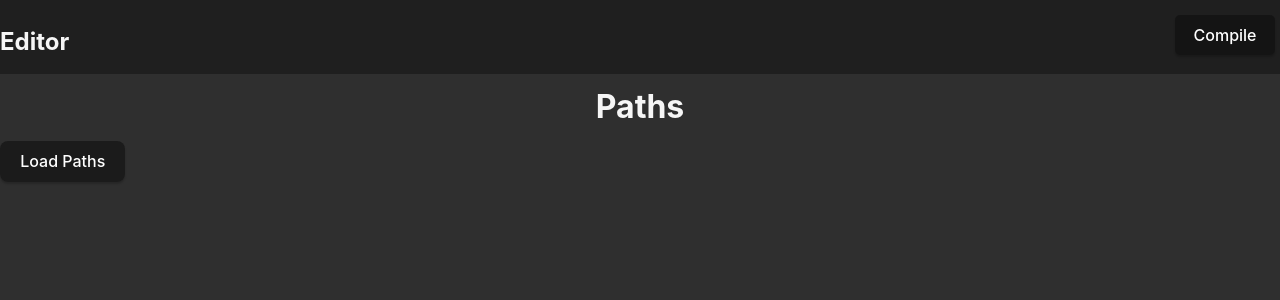
Repository: toasted226/visual-scripting-js
Page: /
An editor plug-in stored every save of this project. The page is shown before and after the next save, followed by the edit.
The browser window is 1280 px wide. The pictures show the whole page.
The project was rebuilt for these pictures with package versions that can differ from the ones it lists, and the page was loaded fresh each time. Also part of the build but not shown: vite.config.ts.

Above is the page before, as saved 2023-06-12 19:05:32.

### index.html
<!DOCTYPE html>
<html lang="en">
  <head>
    <meta charset="UTF-8" />
    <link rel="icon" type="image/svg+xml" href="/vite.svg" />
    <meta name="viewport" content="width=device-width, initial-scale=1.0" />
    <title>Visual Scripting for JavaScript</title>
  </head>

  <body>
    <div id="root"></div>
    <script type="module" src="/src/main.tsx"></script>
  </body>
</html>

### src/App.tsx
import { invoke } from "@tauri-apps/api/tauri";
import { useState } from "react";
import "./App.css";
import Navbar from "./Navbar";

function App() {
    const [paths, setPaths] = useState<string[]>([]);

    // Do not run this function every rendering frame, will freeze the app!
    function load_paths() {
        invoke("enumerate_files", { dir: "C:/Users/keaga/OneDrive/Documents" })
            .then((res) => {
                setPaths(res as string[]);
            })
            .catch((err) => {
                console.error(err);
            });
    }

    return (
        <div className="container">
            <Navbar />
            <div className="content">
                <h1>Paths</h1>
                {/* TODO: We need to have some sort of native menu option to select a directory */}
                <button onClick={load_paths}>Load Paths</button>
                {paths.map((path) => {
                    return <p>{path}</p>
                })}
            </div>
        </div>
    );
}

export default App;

### src/styles.css
:root {
    --dark: #2f2f2f;
    --light: #f6f6f6;

    font-family: Inter, Avenir, Helvetica, Arial, sans-serif;
    font-size: 16px;
    line-height: 24px;
    font-weight: 400;

    color: #f6f6f6;
    background-color: #2f2f2f;

    font-synthesis: none;
    text-rendering: optimizeLegibility;
    -webkit-font-smoothing: antialiased;
    -moz-osx-font-smoothing: grayscale;
    -webkit-text-size-adjust: 100%;
}

/* width */
::-webkit-scrollbar {
    width: 10px;
}

/* Track */
::-webkit-scrollbar-track {
    background: #1f1f1f;
}

/* Handle */
::-webkit-scrollbar-thumb {
    background: #3f3f3f;
}

/* Handle on hover */
::-webkit-scrollbar-thumb:hover {
    background: #555;
}

.row {
    display: flex;
    justify-content: center;
}

a {
    font-weight: 500;
    color: #646cff;
    text-decoration: inherit;
}

a:hover {
    color: #535bf2;
}

h1 {
    text-align: center;
}

input,
button {
    border-radius: 8px;
    border: 1px solid transparent;
    padding: 0.6em 1.2em;
    font-size: 1em;
    font-weight: 500;
    font-family: inherit;
    transition: border-color 0.25s;
    box-shadow: 0 2px 2px rgba(0, 0, 0, 0.2);
    outline: none;
    color: #ffffff;
    background-color: #0f0f0f98;
}

button {
    cursor: pointer;
}

button:hover {
    border-color: #ffffff;
}

button:active {
    background-color: #0f0f0f69;
}

### src/Navbar.tsx
import { invoke } from "@tauri-apps/api/tauri";
import "./Navbar.css";

function Navbar() {
    return (
        <nav className="navbar">
            <h1>Editor</h1>
            <button className="compile-btn">Compile</button>
        </nav>
    );
}

export default Navbar;

### src/Navbar.css
.navbar {
    background-color: #1f1f1f;
    margin: 0;
    padding: 10px 0 0 0;
    display: flex;
    justify-content: space-between;
}

.compile-btn {
    color: white;
    border-radius: 5px;
    padding: 5px;
    margin: 5px;
    width: 100px;
    height: 40px;
}

.compile-btn:hover {
    background-color: #1f1f1f;
    border: 1px solid white;
}

Loaded but not shown: src/main.tsx (common file); src/App.css (common file)

After the next save:
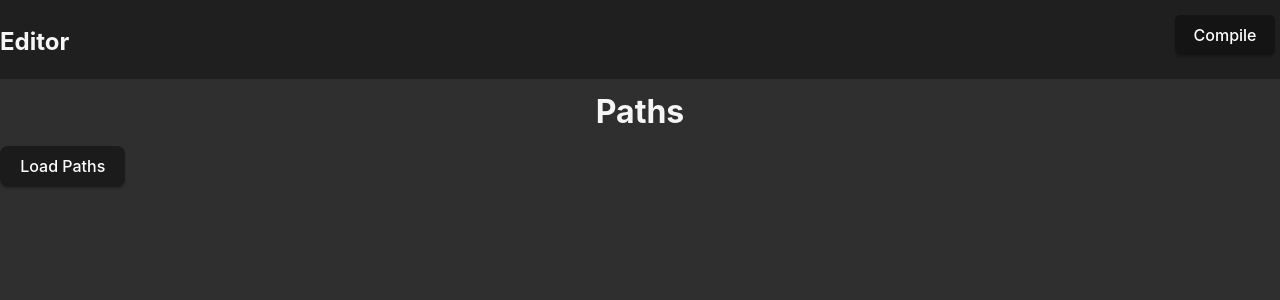
Saved 9 s later.
--- a/src/Navbar.css
+++ b/src/Navbar.css
@@ -1,7 +1,7 @@
 .navbar {
     background-color: #1f1f1f;
     margin: 0;
-    padding: 10px 0 0 0;
+    padding: 10px 0 5px 0;
     display: flex;
     justify-content: space-between;
 }
